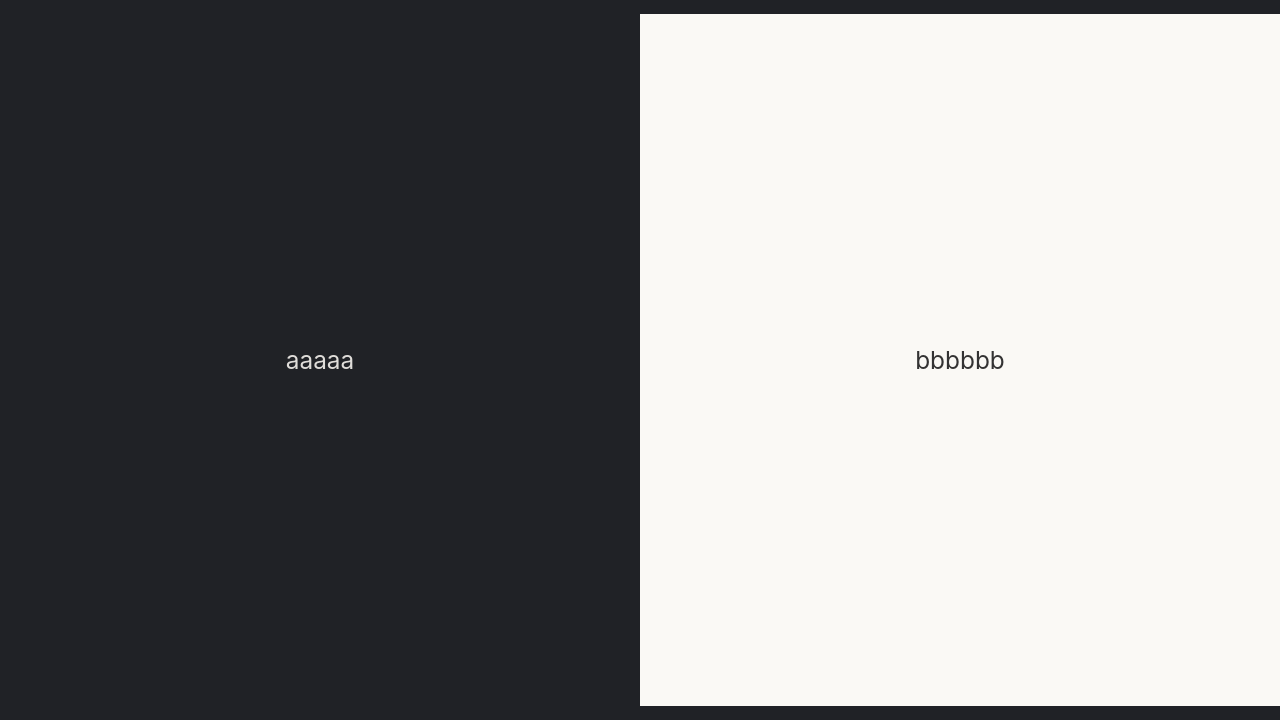
Repository: GuinsooRocky/-Technology-sharing-rocky
Page: /catalog
An editor plug-in stored every save of this project. The page is shown before and after the next save, followed by the edit.
The browser window is 1280 px wide. The pictures show the whole page.
The project was rebuilt for these pictures with package versions that can differ from the ones it lists, and the page was loaded fresh each time. Also part of the build but not shown: src/pages/Home/home.less, src/component/Fault/fault.less, src/component/Fault/faultMad.tsx, src/pages/Home/home.tsx.

Above is the page before, as saved 2020-09-20 10:31:36.

### src/App.js
import React from 'react';
import './App.less';
import { BrowserRouter, Route } from 'react-router-dom';

import Home from './pages/Home/home.tsx';
import Catalog from './pages/Catalog/catalog';

function App() {
  return (
    <div className="App">
      <BrowserRouter>
        <header className="App-header">
          <Route path='/' exact component={Home} />
          <Route path='/home' exact component={Home} />
          <Route path='/catalog' exact component={Catalog} />
        </header>
      </BrowserRouter>
    </div>
  );
}

export default App;

### src/App.less
.App {
  text-align: center;
  min-height: 100vh;
}


.App-header {
  background-color: #202226;
  // background-color: #fff;
  min-height: 100vh;
  display: flex;
  flex-direction: column;
  align-items: center;
  justify-content: center;
  font-size: calc(10px + 2vmin);
  color: white;
}

.App-link {
  color: #61dafb;
}

### src/pages/Catalog/catalog.tsx
import React from 'react';
import "../Catalog/catalog.less";
import { useHistory } from 'react-router-dom';

interface Props {}
const Catalog: React.FC<Props> = (props) => {

  // const history = useHistory();
  // const goNext = (e: React.MouseEvent) => {
  //   history.push('/home');
  // }

  return (
    <div className='catalog'>
      <aside className='left'>
        aaaaa
      </aside>
      <div className='right'>
        bbbbbb
      </div>
    </div>
  )

}

export default Catalog;

### src/pages/Catalog/catalog.less

.Vertical_Center {
  display: inline-block;
  width: 50%;
  height: 100%;
  display: flex;
  flex-direction: column;
  justify-content: center;
  font-size: calc(10px + 2vmin);
  align-items: center;
}

.catalog {
  width: 100%;
  height: 96vh;
  .left {
    float: left;
    background-color: #202226;
    color: #DFDDD9;
    .Vertical_Center;
  }

  .right {
    float: right;
    background-color: #FAF9F5;
    color: rgb(51,51,51);
    .Vertical_Center;
  }
}

Loaded but not shown: public/index.html (common file); src/index.js (common file); src/index.css (common file); src/serviceWorker.js (common file)

After the next save:
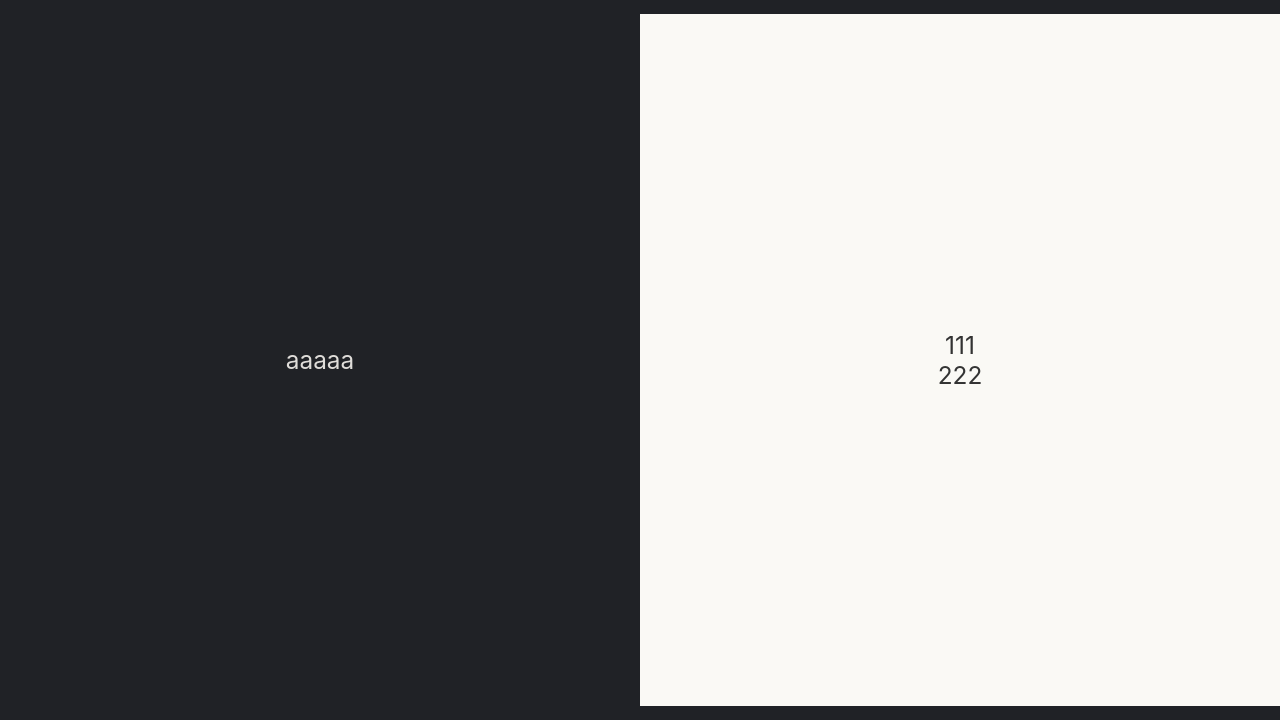
Saved 15 min 15 s later.
--- a/src/pages/Catalog/catalog.tsx
+++ b/src/pages/Catalog/catalog.tsx
@@ -16,7 +16,12 @@
         aaaaa
       </aside>
       <div className='right'>
-        bbbbbb
+        <div className='css-w1eds4'>
+          <div>
+            <aside>111</aside>
+            <div>222</div>
+          </div>
+        </div>
       </div>
     </div>
   )
